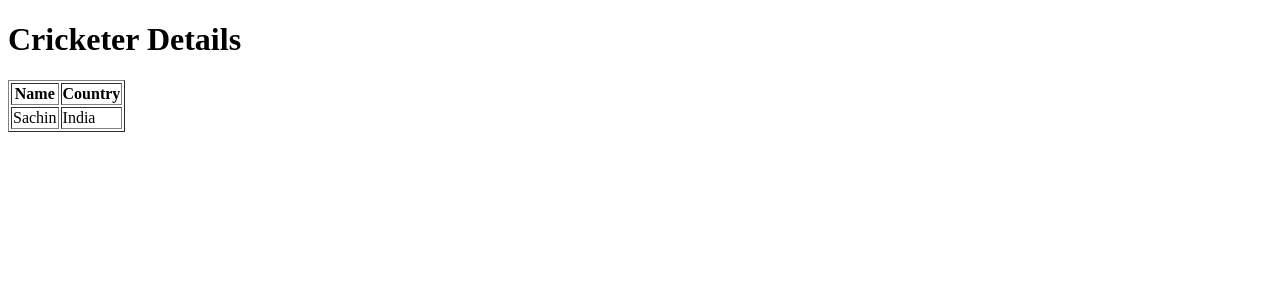
Repository: suma94/MyProjects
Page: AJAXPrograms/WebContent/AjaxJson.html
An editor plug-in stored every save of this project. The page is shown before and after the next save, followed by the edit.
The browser window is 1280 px wide. The pictures show the whole page.

Above is the page before, as saved 2015-08-17 09:40:20.
Console error: SyntaxError: Unexpected token '}'

### AJAXPrograms/WebContent/AjaxJson.html
<!DOCTYPE html>
<html>
<head>
<meta charset="ISO-8859-1">
<title>Insert title here</title>
<script type="application/javascript">
	function loadJSON()
	{
		var data_file="Data.json";
		var http_request=new XMLHttpRequest();
		if(window.XMLHttpRequest)
		{
			xmlhttp=new XMLHttpRequest();
		}
		else
		{
			xmlhttp=new ActiveXObject("Microsoft.XMLHTTP");
		}
		xmlhttp.onreadystatechange=function()
		{
			if(xmlhttp.readyState==4 && xmlhttp.status==200)
			{
				document.getElementById("t").innerHTML=xmlhttp.responseText;
			}
		}
		http_document
		{
			var jsonObj=JSON.parse(http_request.responseText);
			document.getElementById("Name").innerHTML=jsonObj.name;
			document.getElementById("Country").innerHTML=jsonObj.country;
		}
	}
	http_request.open("GET","CodeValidate.jsp?nm="+str, true);
	http_request.send();
}

</script>
</head>
<body>
	<h1>Cricketer Details</h1>
	<table border="1">
		<tr>
			<th>Name</th>
			<th>Country</th>
		</tr>
		<tr>
			<td><div id="Name">Sachin</div></td>
			<td><div id="Country">India</div></td>
		</tr>
	</table>
</body>
</html>

After the next save:
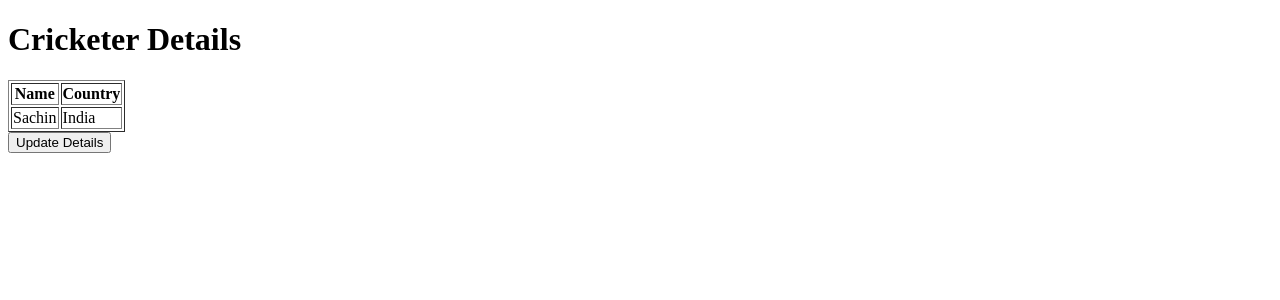
Saved 73 s later.
--- a/AJAXPrograms/WebContent/AjaxJson.html
+++ b/AJAXPrograms/WebContent/AjaxJson.html
@@ -48,5 +48,8 @@
 			<td><div id="Country">India</div></td>
 		</tr>
 	</table>
+	<div class="central">
+		<button type="button" onclick="loadJSON()"> Update Details </button>
+	</div>
 </body>
 </html>
